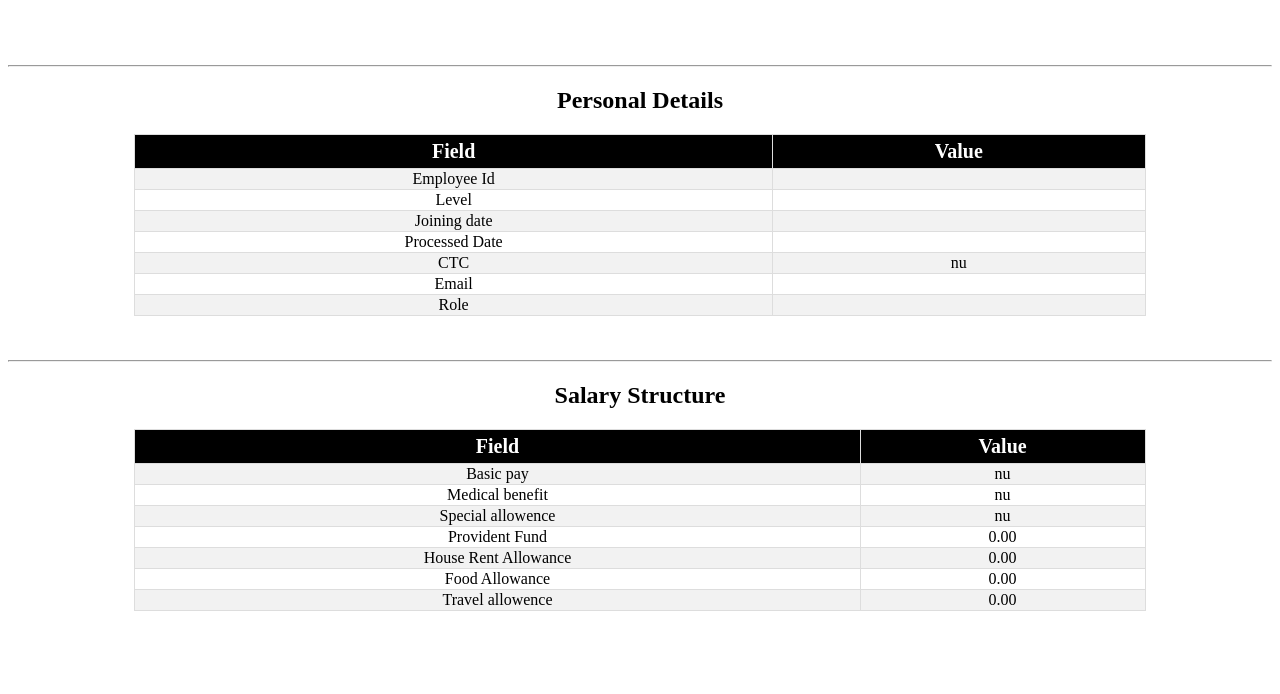
Repository: Mainak-Deb/EmployeeApprisalApp
Page: http://localhost/EmployeeApprisalForm/WEB-INF/views/userPage.jsp
These files come from the project's save history. The page is drawn as it stood at one moment and after the next save; the edit follows.
The browser window is 1280 px wide. The pictures show the whole page.
The page is served by Tomcat 9. Nobody is signed in. The template is opened directly, without the code that normally fills it, so the values that code supplies are empty.

Above is the page before, as saved 2023-06-27 11:27:34.

After the next save:
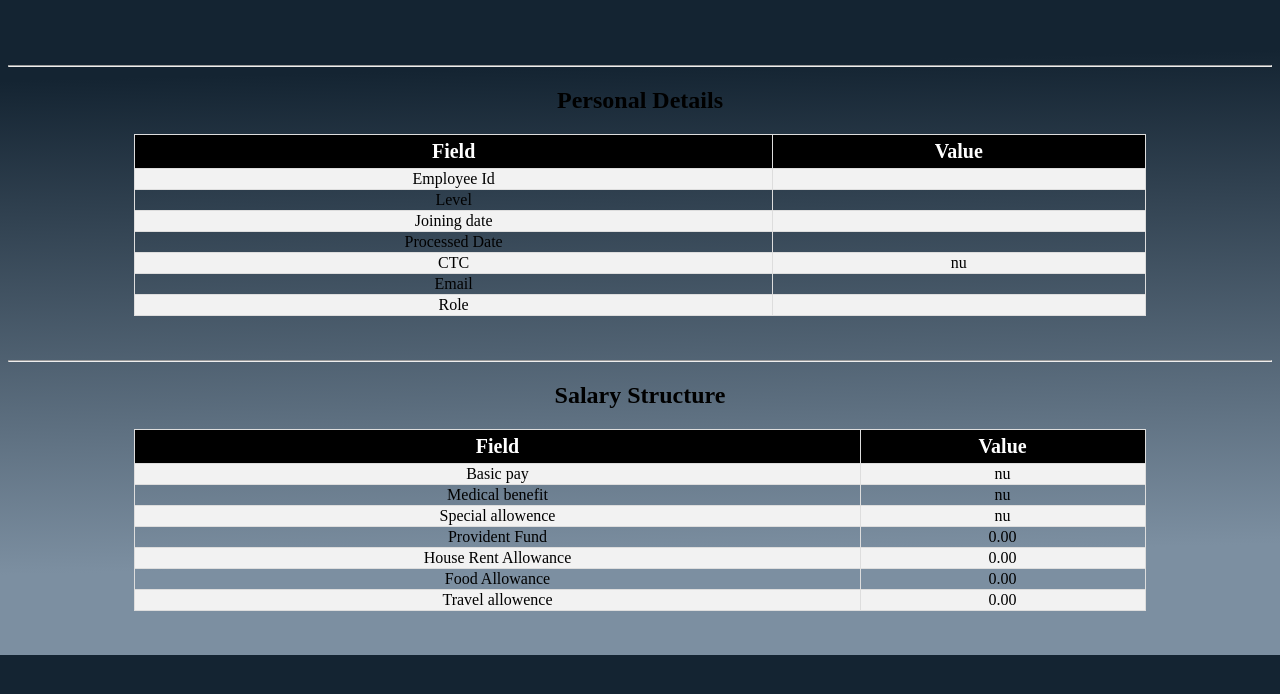
Saved 40 s later.
--- a/EmployeeApprisalForm/src/main/webapp/public/styles/userPage.css
+++ b/EmployeeApprisalForm/src/main/webapp/public/styles/userPage.css
@@ -1,3 +1,10 @@
+body{
+	background-repeat: no-repeat;
+    background-size: cover;
+    background-position: center;
+    background:  linear-gradient(178.6deg, rgb(20, 36, 50) 11.8%, rgb(124, 143, 161) 83.8%);
+}
+
 table, th, td {
     text-align: center;
      border: 1px solid #ddd;

After the save that followed:
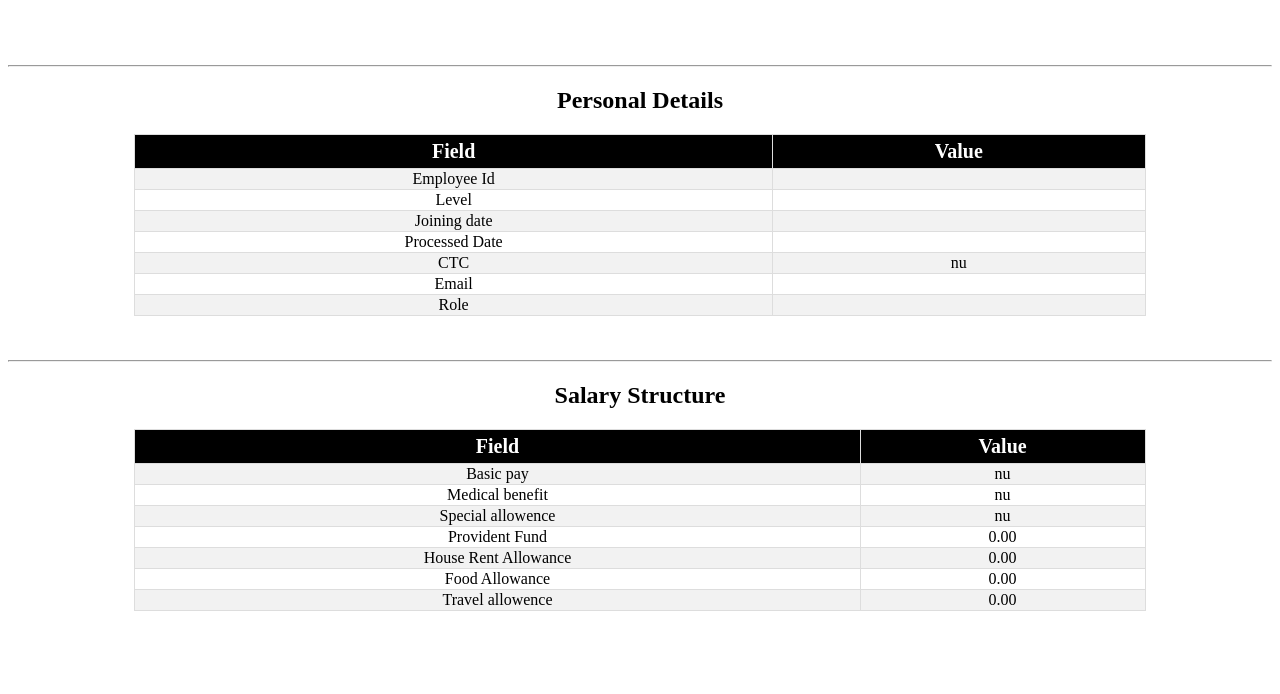
Saved 58 s later.
--- a/EmployeeApprisalForm/src/main/webapp/public/styles/userPage.css
+++ b/EmployeeApprisalForm/src/main/webapp/public/styles/userPage.css
@@ -2,7 +2,6 @@
 	background-repeat: no-repeat;
     background-size: cover;
     background-position: center;
-    background:  linear-gradient(178.6deg, rgb(20, 36, 50) 11.8%, rgb(124, 143, 161) 83.8%);
 }
 
 table, th, td {
